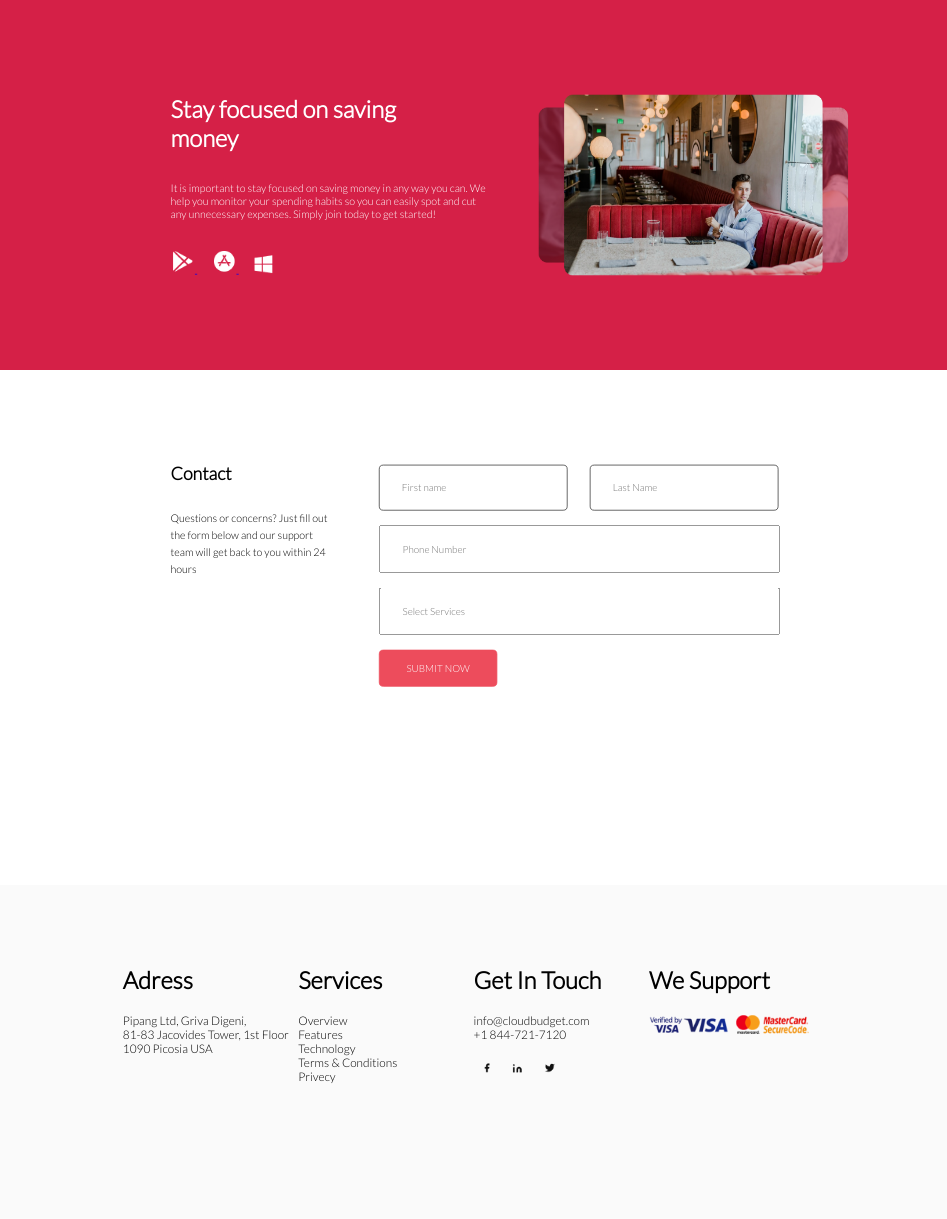
Repository: batonAnton/Cursor_lecture4
Page: index.html
An editor plug-in stored every save of this project. The page is shown before and after the next save, followed by the edit.
The browser window is 1280 px wide. The pictures show the whole page, at 74% of full size.

Above is the page before, as saved 2022-06-09 15:35:26.

### index.html
<!DOCTYPE html>
<html lang="en">
<head>
    <meta charset="UTF-8">
    <meta http-equiv="X-UA-Compatible" content="IE=edge">
    <meta name="viewport" content="width=device-width, initial-scale=1.0">
    <title>CloudBudget Freebie</title>
    <link rel="preconnect" href="https://fonts.googleapis.com">
    <link rel="preconnect" href="https://fonts.gstatic.com" crossorigin>
    <link href="https://fonts.googleapis.com/css2?family=Lato:wght@300&display=swap" rel="stylesheet">
    <link rel="stylesheet" href="css/style.css">
</head>
<body>
    <header>
        <div class="info-box">
            <h1>Stay focused on saving <br> money</h1>
            <p>It is important to stay focused on saving money in any way you can. We <br> help you monitor your spending habits so you can easily spot and cut <br> any unnecessary expenses. Simply join today to get started!</p>

            <div class="link_source">
                <a href="https://play.google.com/store/games?hl=uk&gl=US">
                    <img src="/image/icon/google_play.png" alt="icon-google">
                </a>
                <a href="https://www.apple.com/ua/app-store/">
                    <img src="/image/icon/apstore.png" alt="icon-apstore">
                </a>
                <a href="https://www.microsoft.com/uk-ua/software-download/windows10">
                    <img src="/image/icon/windows.png" alt="icon-windows">
                </a>
            </div>
        </div>

        <div class="big_img"></div>
    </header>

    <section>
        <div class="info-box">
            <h1>Contact</h1>
            <p>Questions or concerns? Just fill out the form below and our support <br> team will get back to you within 24 hours</p>
        </div>

        <div class="input-fields">
            <form>
                <div>
                    <input type="text" id="fname" placeholder="First name" name="fname">
                    <input type="text" id="lname" placeholder="Last Name" name="lname">
                </div>

                <input type="number" name="" id="number" placeholder="Phone Number">
                <input list="browsers" id="dropdown" placeholder="Select Services" name="service"> <br>
                <datalist id="browsers">
                    <option value="Service1">
                    <option value="Service2">
                    <option value="Service3">
                    <option value="Service4">
                    <option value="Service5">
                </datalist>
                <button>submit now</button>
              </form>
        </div>
    </section>

    <footer>
        <div class="all-block">
            <div class="adress-block">
                <h1>adress</h1>
                <p>
                    Pipang Ltd, Griva Digeni,<br>
                    81-83 Jacovides Tower, 1st Floor <br>
                    1090 Picosia USA
                </p>
            </div>

            <div class="services">
                <h1>services</h1>
                <a href="">overview</a>
                <a href="">features</a>
                <a href="">technology</a>
                <a href="">terms & conditions</a>
                <a href="">privecy</a>
            </div>

            <div class="link-social">
                <h1>Get in Touch</h1>
                <a href="">info@cloudbudget.com</a>
                <a href="">+1 844-721-7120</a>

                <div>
                    <a href="">
                        <img src="/image/footer/facebook.png" alt="facebook-link">
                    </a>

                    <a href="">
                        <img src="/image/footer/feather-linkedin.png" alt="linkdn">
                    </a>

                    <a href="">
                        <img src="/image/footer/tweeter.png" alt="tweeter-img">
                    </a>
                </div>
            </div>

            <div class="paymants">
                <h1>We Support</h1>
                <img src="/image/footer/secure-p-1 1.png" alt="img pay">
            </div>
        </div>

    </footer>
</body>
</html>

### css/style.css
* {
  font-family: "Lato", sans-serif;
  font-weight: 400;
  margin: 0;
  padding: 0;
  box-sizing: border-box;
}

h1 {
  font-weight: 600;
}

header {
  width: 100%;
  height: 20%;
  padding: 10%;
  color: #ffffff;
  display: inline-flex;
  background-color: #d52047;
}

.info-box {
  width: 80%;
  margin-left: 10%;
}

.info-box p {
  width: 90%;
  margin: 40px 0;
  font-size: 0.9rem;
}

.link_source a {
  margin-left: -19px;
  padding: 0 20px;
}

.big_img {
  background-image: url("/image/Photo.png");
  width: 70%;
  background-repeat: no-repeat;
  background-position: center;
  background-size: contain;
}

/* Section */
section {
  color: #000000;
  display: inline-flex;
  padding: 10%;
  width: 100%;
  margin-bottom: 120px;
}

section .info-box {
  width: 80%;
  color: #000000;
  line-height: 140%;
}

section .info-box h1 {
  font-weight: 600;
}

#fname,
#lname {
  width: 255px;
  height: 60px;
  border: 1px solid #333333;
  border-radius: 6px;
}

.input-fields input {
  width: 95%;
  height: 60px;
  padding: 30px;
}

form div {
  display: inline-flex;
}
form input,
button {
  margin-left: 30px;
  margin-bottom: 20px;
  /* margin: 0px 0px 30px 10px; */
}

.input-fields {
  margin-right: 100px;
}

button {
  background-color: #ed4c5c;
  color: #ffffff;
  width: 160px;
  height: 50px;
  border: 1.5px solid #ed4c5c;
  border-radius: 6px;
  text-transform: uppercase;
}

footer {
  background-color: #fafafa;
  margin: 0px auto 0px auto;
}

.all-block {
  display: inline-flex;
  padding: 85px 166px 166px 166px;
  margin: 0 auto;
  width: 100%;
}

.all-block div {
  width: 30%;
  /* padding: 0 15% 0 15%; */
}

footer h1 {
  font-style: normal;
  font-weight: 700;
  line-height: 22px;
  text-transform: capitalize;
  margin-bottom: 33px;
  margin-top: 33px;
}

.services a,
.link-social a {
  display: grid;
  text-decoration: none;
  color: #000000;
}

.services a {
  text-transform: capitalize;
}

.link-social div {
  display: inline-flex;
}

.link-social div a {
  margin: 30px 15px;
}

After the next save:
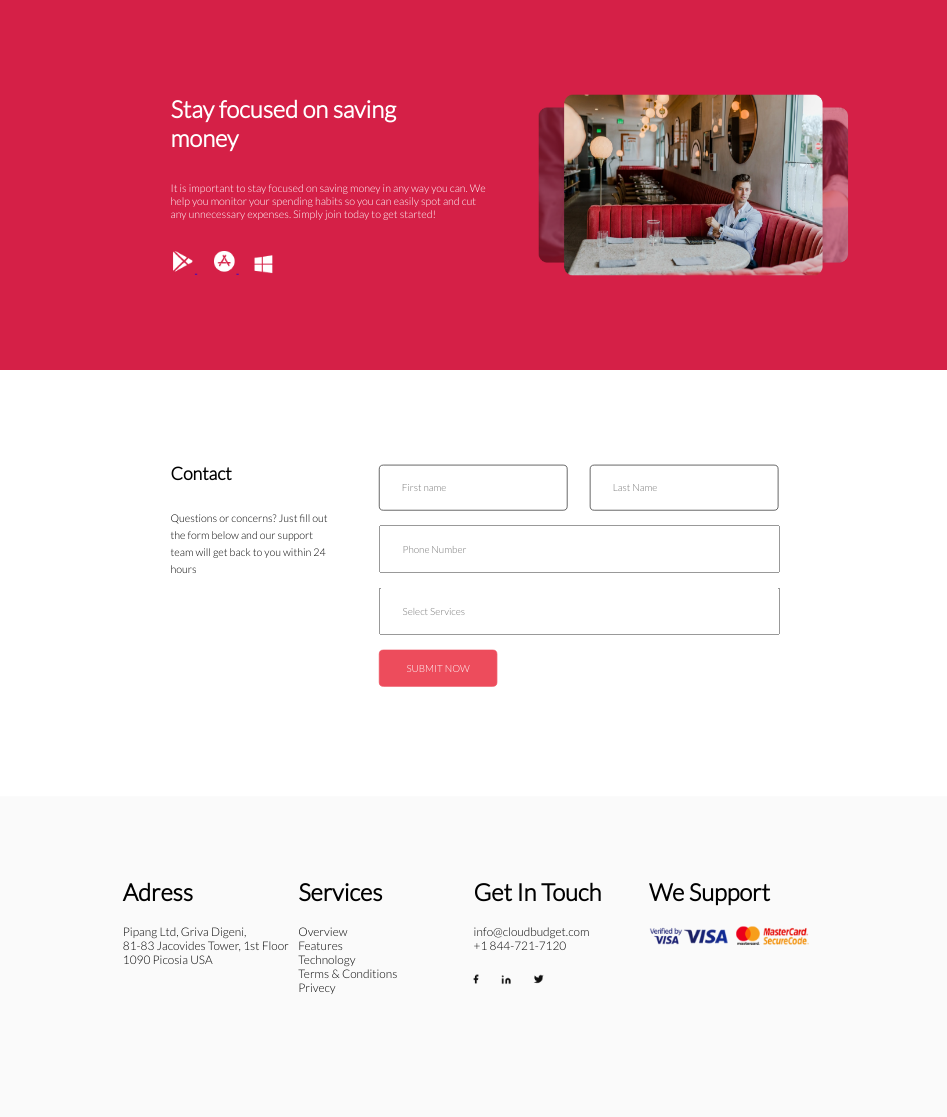
Saved 5 min 45 s later.
--- a/css/style.css
+++ b/css/style.css
@@ -49,7 +49,6 @@ section {
   display: inline-flex;
   padding: 10%;
   width: 100%;
-  margin-bottom: 120px;
 }
 
 section .info-box {
@@ -142,5 +141,9 @@ footer h1 {
 }
 
 .link-social div a {
-  margin: 30px 15px;
+  margin: 30px 30px 0px 0px;
 }
+
+.copyright{
+  padding: 85px 166px 75px 166px;
+}
